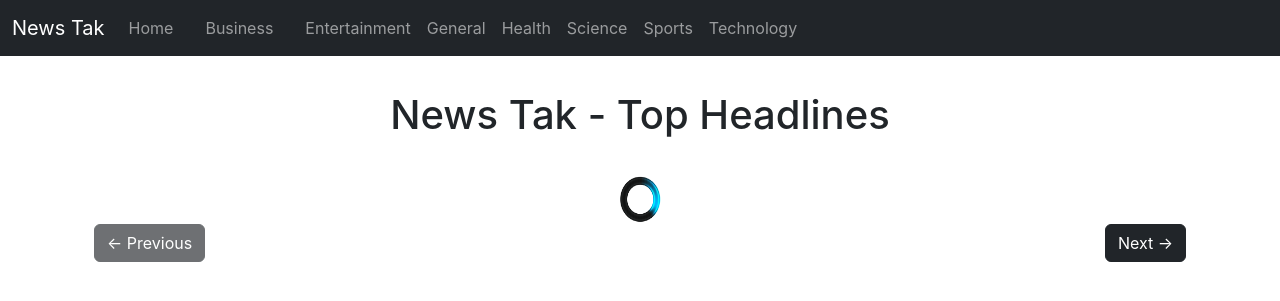
Repository: Rohit-foryou/News-website
Page: /
The author's editor kept a copy of each file at every save. The page is drawn from the files as they stood at one save, then again after the next save.
The browser window is 1280 px wide. The pictures show the whole page.
The page's requests for data from a server got no answer. The project was rebuilt for these pictures with package versions that can differ from the ones it lists, and the page was loaded fresh each time. No one was signed in, and anything a server would have sent is missing. Also part of the build but not shown: src/Components/NewsItem.js.

Above is the page before, as saved 2024-01-10 22:38:54.

After the next save:
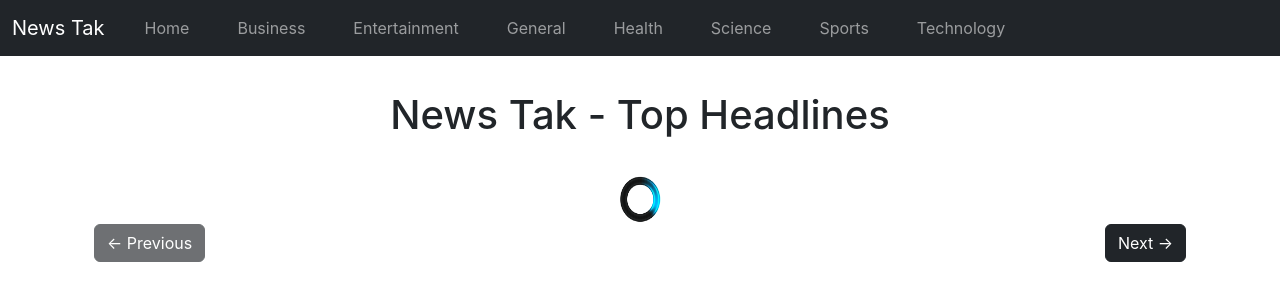
Saved 33 s later.
--- a/src/Components/NavBar.js
+++ b/src/Components/NavBar.js
@@ -26,7 +26,7 @@ export default class NavBar extends Component {
               id="navbarSupportedContent"
             >
               <ul className="navbar-nav me-auto mb-2 mb-lg-0">
-                <li className="nav-item">
+                <li className="nav-item mx-3">
                   <Link className="nav-link" aria-current="page" to="/">
                     Home
                   </Link>
@@ -36,32 +36,32 @@ export default class NavBar extends Component {
                     Business
                   </Link>
                 </li>
-                <li className="nav-item">
+                <li className="nav-item mx-3">
                   <Link className="nav-link" to="/entertainment">
                     Entertainment
                   </Link>
                 </li>
-                <li className="nav-item">
+                <li className="nav-item mx-3">
                   <Link className="nav-link" to="/general">
                     General
                   </Link>
                 </li>
-                <li className="nav-item">
+                <li className="nav-item mx-3">
                   <Link className="nav-link" to="/health">
                     Health
                   </Link>
                 </li>
-                <li className="nav-item">
+                <li className="nav-item mx-3">
                   <Link className="nav-link" to="/science">
                     Science
                   </Link>
                 </li>
-                <li className="nav-item">
+                <li className="nav-item mx-3">
                   <Link className="nav-link" to="/sports">
                     Sports
                   </Link>
                 </li>
-                <li className="nav-item">
+                <li className="nav-item mx-3">
                   <Link className="nav-link" to="/technology">
                     Technology
                   </Link>
